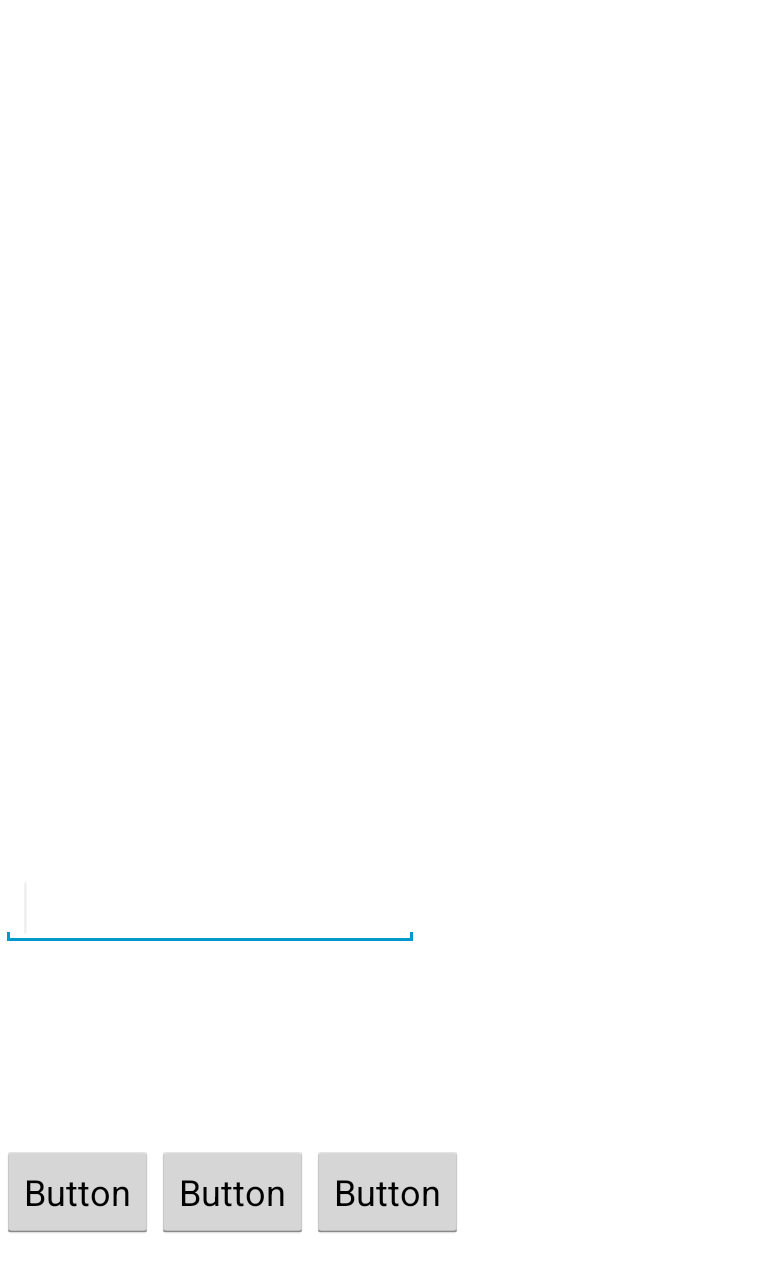
Repository: Clonedpirate/BtSshPwnPI
Layout: HackDroid/res/layout/pressuremap.xml
The author's editor kept a copy of each file at every save. The layout is drawn from the files as they stood at one save, then again after the next save.
It is drawn on a 768 x 1280 px phone screen (xhdpi) without system bars, with theme AppTheme; the app's code is not run.

Above is the layout before, as saved 2014-06-18 11:13:56.

### HackDroid/res/layout/pressuremap.xml
<?xml version="1.0" encoding="utf-8"?>
<LinearLayout xmlns:android="http://schemas.android.com/apk/res/android"
    android:layout_width="match_parent"
    android:layout_height="fill_parent"
    android:background="@color/white"
    android:orientation="vertical" >

    <RelativeLayout
        android:layout_width="226dp"
        android:layout_height="269dp"
        android:layout_gravity="center_horizontal" >

        <ImageView
            android:id="@+id/PressureMap1"
            android:layout_width="wrap_content"
            android:layout_height="wrap_content"
            android:layout_alignParentBottom="true"
            android:layout_alignParentLeft="true"
            android:layout_alignParentTop="true"
            android:layout_gravity="center_vertical|center_horizontal"
            android:background="@null"
            android:scaleType="centerInside"
             />
    </RelativeLayout>

    <RelativeLayout
        android:layout_width="match_parent"
        android:layout_height="match_parent" >

        <Button
            android:id="@+id/button1"
            android:layout_width="wrap_content"
            android:layout_height="wrap_content"
            android:layout_alignParentBottom="true"
            android:layout_marginBottom="20dp"

            android:text="Button" />

        <EditText
            android:id="@+id/usrtxt"
            android:layout_width="wrap_content"
            android:layout_height="wrap_content"
            android:layout_alignParentLeft="true"
            android:layout_centerVertical="true"
            android:ems="10" >

            <requestFocus />
        </EditText>

        <Button
            android:id="@+id/Button2"
            android:layout_width="wrap_content"
            android:layout_height="wrap_content"
            android:layout_alignBaseline="@+id/button1"
            android:layout_alignBottom="@+id/button1"
            android:layout_toRightOf="@+id/button1"
            android:text="Button" />

        <Button
            android:id="@+id/Button3"
            android:layout_width="wrap_content"
            android:layout_height="wrap_content"
            android:layout_alignBaseline="@+id/Button2"
            android:layout_alignBottom="@+id/Button2"
            android:layout_toRightOf="@+id/Button2"
            android:text="Button" />

    </RelativeLayout>

</LinearLayout>

### HackDroid/res/values/styles.xml
<?xml version="1.0" encoding="utf-8"?>
<resources>

    <style name="AppTheme" parent="android:Theme.Holo.Light">
        <item name="android:windowBackground">@color/lblue</item>
        <item name="android:windowTranslucentStatus">false</item>
        <item name="android:windowTranslucentNavigation">true</item>
        <item name="android:fitsSystemWindows">true</item>
        <item name="android:actionBarStyle">@style/ActionBar.Solid.GreenStyle</item>
    </style>

    <style name="ActionBar.Solid.GreenStyle" parent="@android:style/Widget.Holo.Light.ActionBar.Solid">
        <item name="android:titleTextStyle">@style/AppTheme.ActionBar.Text</item>
        <item name="android:background">@color/blue</item>
    </style>

    <style name="AppTheme.ActionBar.Text" parent="@android:style/TextAppearance">
        <item name="android:textColor">@color/white</item>
        <item name="android:layout_gravity">center</item>
        <item name="android:textSize">14sp</item>
    </style>

    <style name="Theme" parent="android:Theme">
        <item name="android:background">@null</item>
        <item name="android:windowNoTitle">true</item>
    </style>

    <style name="text_title">
        <item name="android:layout_width">fill_parent</item>
        <item name="android:layout_height">wrap_content</item>
        <item name="android:textColor">@color/blue</item>
        <item name="android:gravity">center</item>
    </style>

    <style name="text_option">
        <item name="android:layout_width">wrap_content</item>
        <item name="android:layout_height">wrap_content</item>
        <item name="android:textColor">@color/black</item>
    </style>

    <style name="layout_wrap">
        <item name="android:layout_width">wrap_content</item>
        <item name="android:layout_height">wrap_content</item>
    </style>

    <style name="layout_fill">
        <item name="android:layout_width">fill_parent</item>
        <item name="android:layout_height">fill_parent</item>
    </style>

    <style name="layout_f_w">
        <item name="android:layout_width">fill_parent</item>
        <item name="android:layout_height">wrap_content</item>
    </style>

    <style name="h_line">
        <item name="android:layout_width">fill_parent</item>
        <item name="android:layout_height">1.5dip</item>
        <item name="android:background">@color/blue</item>
    </style>

    <style name="indicator_style">
        <item name="android:layout_width">fill_parent</item>
        <item name="android:layout_height">4dip</item>
        <item name="android:background">@color/blue</item>
        <item name="android:orientation">vertical</item>
    </style>

</resources>

### HackDroid/res/values/strings.xml
<?xml version="1.0" encoding="utf-8"?>
<resources>

    <string name="app_name">   PwnPi Wifite tool</string>
    <string name="action_settings">Settings</string>

    <color name="blue">#0083ff</color>
    <color name="lblue">#0099ff</color>
    <color name="llblue">#14BFFF</color>
    <color name="black">#000000</color>
    <color name="white">#FFFFFF</color>
    <color name="kindagreen">#04d5a2</color>
    <color name="test">#06d3a2</color>

</resources>

After the next save:
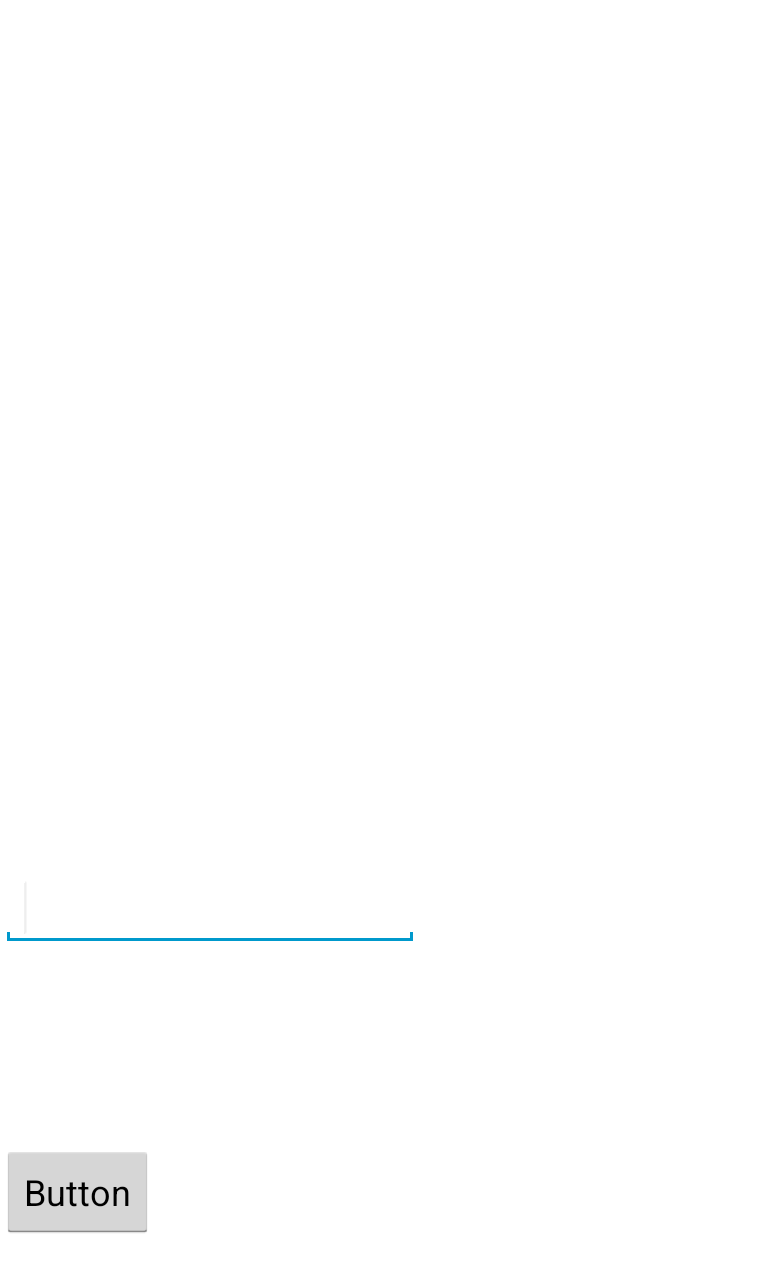
Saved 48 s later.
--- a/HackDroid/res/layout/pressuremap.xml
+++ b/HackDroid/res/layout/pressuremap.xml
@@ -47,24 +47,6 @@
             <requestFocus />
         </EditText>
 
-        <Button
-            android:id="@+id/Button2"
-            android:layout_width="wrap_content"
-            android:layout_height="wrap_content"
-            android:layout_alignBaseline="@+id/button1"
-            android:layout_alignBottom="@+id/button1"
-            android:layout_toRightOf="@+id/button1"
-            android:text="Button" />
-
-        <Button
-            android:id="@+id/Button3"
-            android:layout_width="wrap_content"
-            android:layout_height="wrap_content"
-            android:layout_alignBaseline="@+id/Button2"
-            android:layout_alignBottom="@+id/Button2"
-            android:layout_toRightOf="@+id/Button2"
-            android:text="Button" />
-
     </RelativeLayout>
 
 </LinearLayout>
